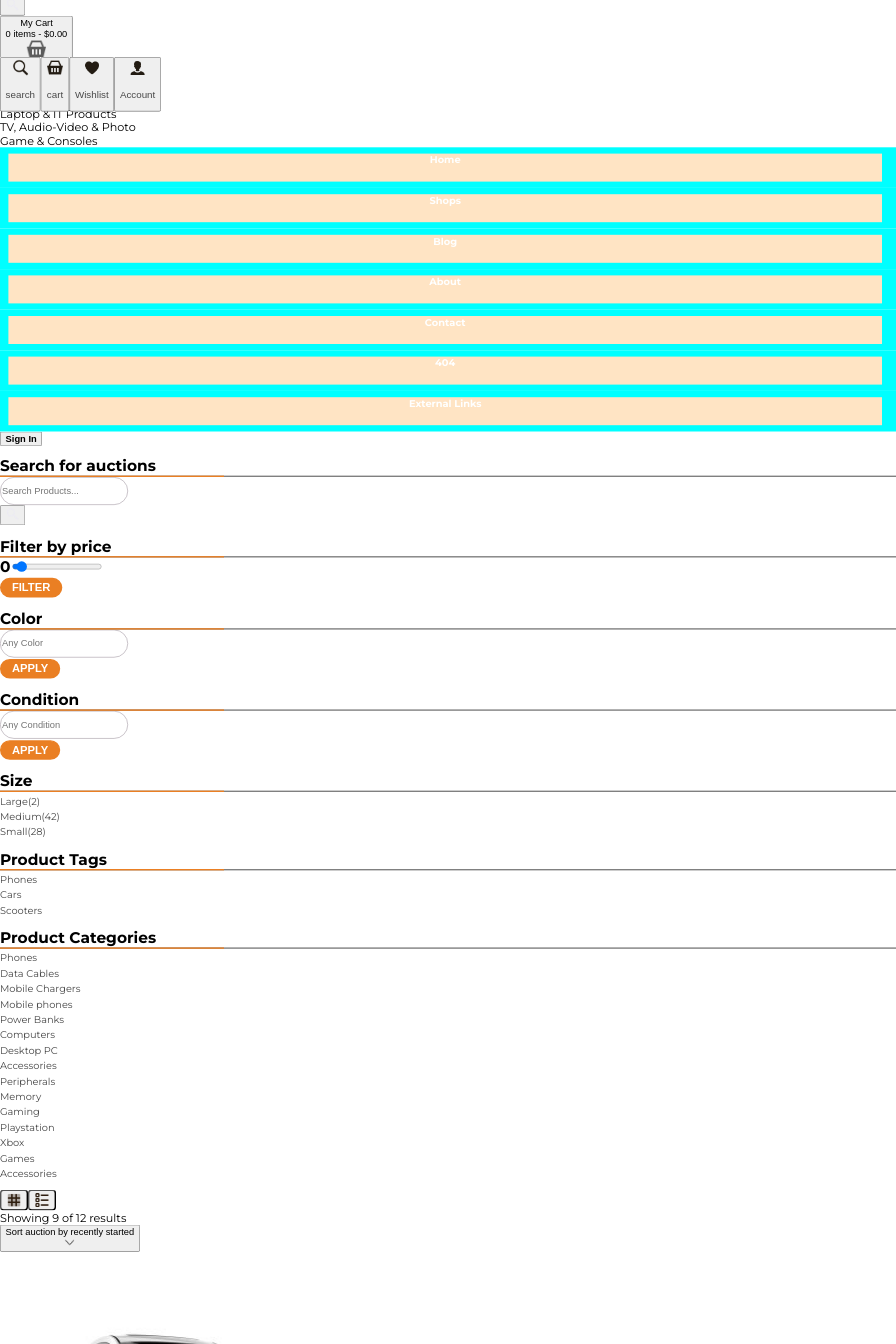
Repository: Arzun000/auction
Page: /shop
The author's editor kept a copy of each file at every save. The page is drawn from the files as they stood at one save, then again after the next save.
The browser window is 1280 px wide. The pictures show the part of the page from y = 568 to 2488 px (the page is 6142 px tall before and 6072 px after), at 70% of full size.
The project was rebuilt for these pictures with package versions that can differ from the ones it lists, and the page was loaded fresh each time. The framework's server and built-in components were replaced by stand-ins that run in the browser. Also part of the build but not shown: next.config.js, webpack.config.js, components/Testpage.js, pages/shop/Shop.module.css, components/icons/Iconsverticalbid.js, components/icons/Iconsverticalbuy.js.

Above is the page before, as saved 2022-04-03 15:49:22.

### pages/_app.js
import "../styles/globals.css";
import "tailwindcss/tailwind.css";
import "slick-carousel/slick/slick.css";
import "slick-carousel/slick/slick-theme.css";

function MyApp({ Component, pageProps }) {
  return <Component {...pageProps} />;
}

export default MyApp;

### pages/_document.js
import Document, { Html, Head, Main, NextScript } from "next/document";

class MyDocument extends Document {
  render() {
    return (
      <Html>
        <Head>
          <link
            rel="preload"
            href="/fonts/static/Montserrat-Regular.ttf"
            as="style"
            type="text/css"
            crossOrigin="anonymous"
          />

          {/* <link
            rel="stylesheet"
            href="https://unpkg.com/flowbite@1.3.4/dist/flowbite.min.css"
          /> */}
        </Head>

        <body>
          <Main />
          <NextScript />
          {/* {<script src="../path/to/flowbite/dist/flowbite.js"></script>} */}
        </body>
      </Html>
    );
  }
}

export default MyDocument;

### styles/globals.css
html,
body {
  padding: 0;
  margin: 0;
  font-family: MontserratBold, -apple-system, BlinkMacSystemFont, Segoe UI,
    MontserratBlack, Roboto, Oxygen, Ubuntu, Cantarell, Fira Sans, Droid Sans,
    Helvetica Neue, sans-serif;
}
a {
  color: inherit;
  text-decoration: none;
}

* {
  box-sizing: border-box;
}

@font-face {
  font-family: "Montserrat";
  font-style: normal;

  src: url(/fonts/static/Montserrat-Regular.ttf) format("woff2");
}

@font-face {
  font-family: "MontserratBold";
  font-style: normal;
  src: url(/fonts/Montserrat-VariableFont_wght.ttf) format("woff2");
}

.input[type="text"] {
  border-radius: 42px;
  border: none;
}
.input[type="text"]:focus {
  border-radius: 42px;
}
.canvas-text {
  font-family: "Montserrat", sans-serif;
  font-family: "Playfair Display", serif;
  font-size: 55px;
  color: #242424;
}
.canvas-subtext {
  font-family: "Alice", serif;
  font-size: 30px;
}
/********************************************************************/
/*********************** Contact us form ****************************/
/********************************************************************/
.input-text[type="text"] {
  border: 1px solid rgb(179, 171, 179);
  /* box-shadow: rgba(100, 100, 111, 0.2) 0px 7px 29px 0px; */
  border-radius: 42px;
  color: rgb(49, 10, 10);
  height: 40px;
}
.input-text:focus {
  outline: none !important;
}
.textarea {
  border-bottom: 1px solid rgb(207, 200, 207);
  width: 100%;
  padding: 20px;
  font-size: 14px;
  /* box-shadow: rgba(100, 100, 111, 0.2) 0px 7px 29px 0px; */
  color: #484848;
  height: 120px;
  /*text-sm text-gray-900 bg-gray-50 rounded-lg border border-gray-300 focus:ring-blue-500 focus:border-blue-500 dark:bg-gray-700 dark:border-gray-600 dark:placeholder-gray-400 dark:text-white dark:focus:ring-blue-500 dark:focus:border-blue-500 */
}
.textarea:focus {
  outline: none;
  border-bottom: 1px solid #ea7f23;
}
/*******************************************************/
/**************** Header links style********************/
/*******************************************************/
.navlink-cat {
  font-size: 14px;
  color: #787878;
  font-weight: 700;
  font-family: MontserratBold, sans-serif;
}
.navlinks {
  font-size: 14px;
  color: rgb(255, 255, 255);
  font-family: MontserratBold, sans-serif;
}

/*******************************************************/
/**************** footer mobile style*******************/
/*******************************************************/
.small-footer {
  position: fixed;
  display: flex;
  flex-wrap: wrap;
  background-color: white;
  width: 100%;
  bottom: 0;
  height: 70px;
}
.small-footer-text {
  color: #484848;
  font-size: 14px;
}
/*******************************************************/
/**************all view... buttons on body**************/
/*******************************************************/
.viewButton {
  padding: 8px 25px 8px 25px;
  margin-right: 8px;
  margin-bottom: 8px;
  color: rgb(255, 255, 255);
  border-radius: 30px;
  border-width: 1px;
  border-color: white;
  font-weight: 600;
  font-size: 14px;
  font-family: MontserratBold, sans-serif;
}
.viewButton:hover {
  border-color: white;
  color: #ea7f23;
  background-color: white;
  font-weight: 600;
}

.btn-yellowbg {
  padding: 3px 15px;
  background-color: #ea7f23;
  color: white;
  border-radius: 32px;
  font-size: 16px;
  font-weight: bold;
  border: 2px solid #ea7f23;
}
.btn-yellowbg:hover {
  background-color: white;
  color: #ea7f23;
  font-weight: bold;
}

/*******************************************************/
/**********hammer, heart and seach icon styles**********/
/*******************************************************/

.hammerbutton {
  margin: auto;
  padding: 6px;
  background-color: #ea7f23;
  border-radius: 42px;
}
.basketbutton {
  margin: auto;
  padding: 6px;
  background-color: #ea7f23;
  border-radius: 42px;
}
.iconbutton {
  margin-top: 10px;
  padding: 6px;
  background-color: white;
  border-radius: 42px;
}
.iconbutton:hover {
  margin-top: 10px;
  padding: 6px;
  background-color: #ea7f23;

  border-radius: 42px;
}
/*******************************************************/
/**************Aution item list styles******************/
/*******************************************************/
.cardtext {
  font-size: 18px;
  color: #484848;
  line-height: 24px;
  transition: ease-in-out;
  font-family: MontserratBold, sans-serif;
}
.cardtext subtext {
  font-size: 16px;
  color: #484848;
  line-height: 25px;
  transition: ease-in-out;
}

.text-secttl {
  font-size: 34px;
  color: #212529;
  line-height: 24px;
  font-family: MontserratBold, sans-serif;
  font-weight: 700;
}

.auctionItemTextMain {
  font-size: 18px;
  color: #484848;
  line-height: 24px;
  transition: ease-in-out;
  font-family: MontserratBold, sans-serif;
}
.auctionItemTextSub {
  font-size: 18px;
  color: #484848;
  line-height: 24px;
  transition: ease-in-out;
  font-family: MontserratBold, sans-serif;
}

/********************************************************************/
/************styles for five items on auction lists******************/
/********************************************************************/
.auctionItemMajor {
  background-position: center;
  background-repeat: no-repeat;
  background-size: cover;
  height: 380px;
  width: 100%;
}
.image-caption-major .image-caption-one {
  font-size: 27px;
  color: #ffffff;
  line-height: 24px;
  padding-top: 5px;
  font-family: MontserratBold, sans-serif;
  font-weight: 600;
}
.image-caption-major .image-caption-two {
  font-size: 16px;
  color: #ffffff;
  padding-top: 10px;
  padding-bottom: 10px;
  line-height: 24px;
  font-family: MontserratBold, sans-serif;
}

.image-caption-minor {
  font-size: 18px;
  color: #250808;
  line-height: 24px;
  padding-top: 5px;
  font-family: MontserratBold, sans-serif;
}
.image-caption-minor subtext {
  font-size: 16px;
  color: #484848;
  line-height: 24px;
  padding-top: 5px;
  font-family: MontserratBold, sans-serif;
}

/**************************************************************/
/*****************styles for news section**********************/
/**************************************************************/
.news-title {
  font-size: 18px;
  font-weight: 600;
  color: #250808;
  padding-left: 20px;
  line-height: 24px;
  font-family: MontserratBold, sans-serif;
}
.news-subtitle {
  font-size: 14px;
  font-weight: 400;
  color: #250808;
  padding-left: 20px;
  line-height: 24px;
  font-family: MontserratBold, sans-serif;
}

/**************************************************************/
/**************** styles for footer items/*********************/
/**************************************************************/
.footertxt {
  color: #ffffff;
  margin-left: 30px;
  font-size: 20px;
  padding-top: 5px;
  font-weight: 600;
  font-family: MontserratBold, sans-serif;
}
.footer-contact {
  margin-left: 10px;
  padding-left: 10px;
  padding-top: 5px;
  font-size: 16px;
  color: #484848;
}
.footer-link-title {
  padding-bottom: 20px;
  font-size: 18px;
  color: #250808;
  font-weight: 700;
  line-height: 24px;
  padding-top: 5px;
  font-family: MontserratBold, sans-serif;
}
.footer-links {
  font-size: 14px;
  color: #857474;
  font-weight: 400;
  line-height: 30px;
  padding-top: 15px;
  font-family: MontserratBold, sans-serif;
}
.socials .iconbutton {
  margin-top: 10px;
  padding: 6px;
  background-color: white;
  border-radius: 42px;
}

/****************************************************************************/
/****************************************************************************/
/***************************Shop page styles*********************************/
/****************************************************************************/

.shop-text {
  font-size: 15px;
  color: #726f6f;
  font-weight: 400;
  line-height: 30px;
  padding-top: 25px;
  font-family: MontserratBold, sans-serif;
}
.shop-text-main {
  font-size: 35px;
  color: #000000;
  line-height: 24px;
  padding-top: 25px;
  margin-left: 10px;
  font-family: MontserratBold, sans-serif;
  font-weight: 600;
}

/******************two colored underline*************************************/
.line {
  background: gray;
  position: relative;
  height: 2px;
}
.line:before {
  content: "";
  background: #ea7f23;
  width: 25%;
  height: 2px;
  position: absolute;
}

/****************************************************************************/
/***********************shop Left nav bar styles******************************/
/****************************************************************************/

.left-nav-title {
  font-size: 22px;
  color: #000000;
  margin-bottom: 12px;
  margin-top: 10px;
  padding-top: 5px;
  font-weight: 700;
}
.left-nav-text {
  font-size: 22px;
  color: #000000;
  margin-bottom: 12px;
  padding-top: 5px;
  font-weight: 700;
}
.shop-navlinks {
  font-size: 14px;
  padding-top: 4px;
  color: #484848;
  font-weight: 400;
}

/****************************************************************/
/******************** grid/list icons****************************/
/****************************************************************/
.view-icon {
  margin-top: 2px;
  border-radius: 5px;
  height: 30px;
}
.view-icon:focus {
  background-color: #ea7f23;
}
/****************************************************************************/
/***********************blog Left nav bar styles******************************/
/****************************************************************************/
.blog-title {
  font-size: 24px;
  color: #484848;
  margin-left: 30px;
  margin-bottom: 14px;
  margin-top: 10px;
  padding-top: 5px;
  font-weight: 700;
}

.right-nav-title {
  font-size: 22px;
  color: #000000;
  margin-bottom: 12px;
  margin-top: 10px;
  padding-top: 5px;
  font-weight: 700;
}
.right-nav-text {
  font-size: 22px;
  color: #000000;
  margin-bottom: 12px;
  padding-top: 5px;
  font-weight: 700;
}
.blog-navlinks {
  font-size: 14px;
  padding-top: 4px;
  color: #484848;
  font-weight: 400;
}

.blog-detail-icon {
  margin-right: 2px;
  border-radius: 2px;
  height: 32px;
  width: 32px;
}
.blog-preview {
  margin-left: 30px;
  color: #484848;
  font-size: 16px;
}
.blog-read-btn {
  padding: 3px 15px;
  margin: 30px 30px 30px 30px;

  background-color: #ea7f23;
  color: white;
  border-radius: 32px;
  font-size: 16px;
  font-weight: bold;
  border: 2px solid #ea7f23;
}
.blog-read-btn:hover {
  background-color: white;
  color: #ea7f23;
  font-weight: bold;
}

.page-no {
  height: 48px;
  width: 48px;
  font-size: 18px;
  font-weight: 600;
  color: rgb(34, 4, 4);
  margin-left: 20px;
  text-align: center;
  margin: 40px auto 20px 20px;
  padding-top: 12px;
  border-radius: 32px;
  background-color: #ffffff;
  box-shadow: rgba(100, 100, 111, 0.2) 0px 7px 29px 0px;
}
.page-no:hover {
  background-color: #ea7f23;
  color: rgb(255, 255, 255);
}

/****************************************************************************/
/************************item detail page styles*****************************/
/****************************************************************************/

.pro-cost-title .image-caption-one {
  font-size: 27px;
  color: #000000;
  line-height: 24px;
  padding-top: 5px;
  font-weight: 600;
}
.itemdetail-tabs {
  font-size: 12px;
  font-weight: 700;
  padding: 20px 12px;
  box-shadow: 0 10px 15px -3px rgb(0 0 0 / 0.1), 0 4px 6px -4px rgb(0 0 0 / 0.1);
  border-radius: 4px;
  display: block;
  line-height: 6px;
}
.tab-icon {
  margin-top: 10px;
  padding: 2px;

  border-radius: 42px;
  height: 24px;
  width: 24px;
}
/****************************************************************************/
/************************Hamburger css styles********************************/
/****************************************************************************/
.bm-burger-button {
  position: relative;
  padding: 3px 10px;
  width: 36px;
  height: 30px;
}

/* Color/shape of burger icon bars */
.bm-burger-bars {
  background: #f1f1f1;
}

/* Color/shape of burger icon bars on hover*/
.bm-burger-bars-hover {
  background: #a90000;
}

/* Position and sizing of clickable cross button */
.bm-cross-button {
  height: 24px;
  width: 24px;
}

/* Color/shape of close button cross */
.bm-cross {
  background: #bdc3c7;
}

/*
Sidebar wrapper styles
Note: Beware of modifying this element as it can break the animations - you should not need to touch it in most cases
*/
.bm-menu-wrap {
  position: fixed;
  height: 100%;
}

/* General sidebar styles */
.bm-menu {
  background: #ffffff;
  padding: 2.5em 1.5em 0;
  font-size: 1.15em;
}

/* Morph shape necessary with bubble or elastic */
/* .bm-morph-shape {
  fill: #373a47;
} */

/* Wrapper for item list */
.bm-item-list {
  color: #474744;
  /* padding: 5px 2px 10px 1px; */
}

/* Individual item */
.bm-item {
  display: fixed;
  background-color: #ffffff;
  color: #484848;
  border: 1px solid rgb(243 244 246);
  border-radius: 4px;
  margin-bottom: 10px;
  text-align: center;
  text-decoration: none;
  transition: color 0.2s;
}
/* .bm-item:hover {
  color: #ffffff;
  background-color: #ea7f23;
} */
/* Styling of overlay */
.bm-overlay {
  background: rgba(0, 0, 0, 0.3);
}

/****************************************************************************/
/*************************Snake Border styles********************************/
/****************************************************************************/

@keyframes snake-border-head {
  /*
  The snake's "head" stretches across a side of its container.
  The moment this head hits a corner, it instantly begins to
  stretch across the next side. (This is why some keyframe
  moments are repeated, to create these instantaneous jumps)
  */

  90% {
    left: 0;
    top: 0;
    width: 0;
    height: 40%;
  }
  90% {
    left: 0;
    top: 0;
    width: 0;
    height: 0;
  }
  100% {
    left: 0;
    top: 0;
    width: 40%;
    height: 0;
  }
  0% {
    left: 0;
    top: 0;
    width: 40%;
    height: 0;
  }

  15% {
    left: 60%;
    top: 0;
    width: 40%;
    height: 0;
  }
  15% {
    left: 100%;
    top: 0;
    width: 0;
    height: 0;
  }
  25% {
    left: 100%;
    top: 0;
    width: 0;
    height: 40%;
  }

  40% {
    left: 100%;
    top: 60%;
    width: 0;
    height: 40%;
  }
  40% {
    left: 100%;
    top: 100%;
    width: 0;
    height: 0;
  }
  50% {
    left: 60%;
    top: 100%;
    width: 40%;
    height: 0;
  }

  65% {
    left: 0;
    top: 100%;
    width: 40%;
    height: 0;
  }
  65% {
    left: 0;
    top: 100%;
    width: 0;
    height: 0;
  }
  75% {
    left: 0;
    top: 60%;
    width: 0;
    height: 40%;
  }
}
@keyframes snake-border-tail {
  /*
  The "tail" of the snake is at full length when the head is at 0
  length, and vice versa. The tail always at a 90 degree angle
  from the head.
  */

  90% {
    top: 0%;
    height: 40%;
  }
  100% {
    left: 0;
    top: 0;
    width: 0;
    height: 0;
  }
  0% {
    left: 0;
    top: 0;
    width: 0;
    height: 0;
  }

  15% {
    width: 40%;
  }
  25% {
    left: 100%;
    top: 0;
    width: 0;
    height: 0;
  }

  40% {
    height: 40%;
  }
  50% {
    left: 100%;
    top: 100%;
    width: 0;
    height: 0;
  }

  65% {
    left: 0%;
    width: 40%;
  }
  75% {
    left: 0;
    top: 100%;
    width: 0;
    height: 0;
  }
}

.snake-border:hover {
  box-shadow: inset 0 0 0 1px #ffffff;
}
.snake-border:hover {
  visibility: visible;
}
.snake-border::before,
.snake-border::after {
  content: "";
  display: block;
  position: absolute;
  outline: 2px solid #ca88ff;
  animation-duration: 6s;
  animation-timing-function: linear;
  animation-iteration-count: infinite;
}
.snake-border::before {
  animation-name: snake-border-head;
}
.snake-border::after {
  animation-name: snake-border-tail;
}

.card {
  overflow: hidden;
  height: 300px;
  /* overflow-hidden h-[300px] */
}

### components/header/Header.js
import React from "react";
import { Headerone } from "./Headerone";
import { Headertwo } from "./Headertwo";
import { Headerthree } from "./Headerthree";
import { Testpage } from "../Testpage.js";

// export default function index() {
//   return (
//     <div>
//       <Headerone />
//       <Headertwo />
//       <Headerthree />
//     </div>
//   );
// }
// import React from 'react'

export const Header = () => {
  return (
    <div>
      {" "}
      {/* <Testpage /> */}
      <Headerone />
      <Headertwo />
      <Headerthree />
    </div>
  );
};

### components/shop/Shopcontent.js
import React from "react";
import Link from "next/link";
import Image from "next/image";
import Styles from "./Shopcontent.module.css";
import { Iconsverticalbid } from "../icons/Iconsverticalbid";
import { Iconsverticalbuy } from "../icons/Iconsverticalbuy";
import { Shopleftnav } from "./Shopleftnav";

const Shopcontent = (props) => {
  const imurl = props.imgurl;
  console.log("hello");
  return (
    <div>
      <div className="flex flex-wrap">
        <Link href={props.href}>
          {/* page/item-detail/[itemid.js] ma lanxa */}
          <a>
            <div className=" overflow-hidden w-full h-[300px]">
              <div
                className={Styles.articleimgholder}
                style={{
                  backgroundRepeat: "no-repeat",
                  backgroundSize: "cover",
                }}
              >
                <Image src={props.imgurl} width={550} height={550} />
              </div>
            </div>
          </a>
        </Link>
      </div>
      {/* <div className="bg-white w-full absolute ">
        <Iconsverticalbuy />
        <div className="cardtext shadow-xl absolute text-center  pt-[10px]">
          <a href="#" className="no-underline">
            <b>{props.name}</b>
          </a>
          <subtext>
            <p>
              Price: <b>{props.price}</b>
            </p>
          </subtext>
        </div>
      </div> */}
      <div className="cardtext bg-white text-center shadow-box-sh p-[10px]">
        <a href="#" className="no-underline">
          <b>{props.name}</b>
        </a>
        <subtext>
          <p>
            Current Bid: <b>{props.price}</b>
          </p>
        </subtext>
      </div>
    </div>
  );
};
export default Shopcontent;

### components/shop/Shopcontent.module.css
.articleimgholder {
  height: 300px;
  /* background: url(/images/car6.jpg); */
  /* background-position: center; */
  overflow: hidden;
  background-repeat: no-repeat;
  transition: all 1s;
}

.articleimgholder:hover {
  transform: scale(1.2);
}

/* .articleimgholder2 {
  width: 100%;
  height: 100%;
  background: url(/images/car2.jpg);
  background-position: center;
  background-size: cover;
  background-repeat: no-repeat;
  transition: all 1s;
}

.articleimgholder2:hover {
  transform: scale(1.2);
}
.articleimgholder3 {
  width: 100%;
  height: 100%;
  background: url(/images/car3.jpg);
  background-position: center;
  background-size: cover;
  background-repeat: no-repeat;
  transition: all 1s;
}

.articleimgholder3:hover {
  transform: scale(1.2);
}
.articleimgholder4 {
  width: 100%;
  height: 100%;
  background: url(/images/car4.jpg);
  background-position: center;
  background-size: cover;
  background-repeat: no-repeat;
  transition: all 1s;
}

.articleimgholder4:hover {
  transform: scale(1.2);
}
.articleimgholder4 {
  width: 100%;
  height: 100%;
  background: url(/images/car4.jpg);
  background-position: center;
  background-size: cover;
  background-repeat: no-repeat;
  transition: all 1s;
}

.articleimgholder4:hover {
  transform: scale(1.2);
}
.articleimgholder5 {
  width: 100%;
  height: 100%;
  background: url(/images/car5.jpeg);
  background-position: center;
  background-size: cover;
  background-repeat: no-repeat;
  transition: all 1s;
}

.articleimgholder5:hover {
  transform: scale(1.2);
}
.articleimgholder6 {
  width: 100%;
  height: 100%;
  background: url(/images/car6.jpg);
  background-position: center;
  background-size: cover;
  background-repeat: no-repeat;
  transition: all 1s;
}

.articleimgholder6:hover {
  transform: scale(1.2);
}
.articleimgholder7 {
  width: 100%;
  height: 100%;
  background: url(/images/car7.jpg);
  background-position: center;
  background-size: cover;
  background-repeat: no-repeat;
  transition: all 1s;
}

.articleimgholder7:hover {
  transform: scale(1.2);
}
.articleimgholder8 {
  width: 100%;
  height: 100%;
  background: url(/images/car8.jpg);
  background-position: center;
  background-size: cover;
  background-repeat: no-repeat;
  transition: all 1s;
}

.articleimgholder8:hover {
  transform: scale(1.2);
}
.articleimgholder9 {
  width: 100%;
  height: 100%;
  background: url(/images/car9.jpg);
  background-position: center;
  background-size: cover;
  background-repeat: no-repeat;
  transition: all 1s;
}

.articleimgholder9:hover {
  transform: scale(1.2);
} */

### components/header/Headerthree.module.css
.card {
  position: relative;
  display: block;
  margin: 4px 15px 4px 2px;
  text-align: center;
  font-size: 14px;
  font: white;
  width: auto;
}

.cardflip {
  position: absolute;
  background-color: blue;
  display: block;
  margin-top: 50px;
  margin-left: 10px;
  visibility: hidden;
  transition: transform 0.35s;
  transform-origin: left;
  z-index: 0;
  width: auto;
  height: 120px;
}

.card {
  z-index: 0;
  background-color: bisque;
  height: 40px;
}

.container {
  perspective: 800px;
  color: white;
  padding: 5px 5px 5px 10px;
  background-color: aqua;
}

.container:hover .cardflip {
  transform: translateY(-42px);
  height: auto;
  visibility: visible;
  z-index: 10;
}

Loaded but not shown: data/shopitem.json (65 lines, source omitted); components/header/Headerthree.js (345 lines, source omitted); components/footer/Footer.js (267 lines, source omitted); components/shop/Shopleftnav.js (222 lines, source omitted); components/header/Headerone.js (168 lines, source omitted); pages/shop/index.js (86 lines, source omitted); components/header/Headertwo.js (78 lines, source omitted)

After the next save:
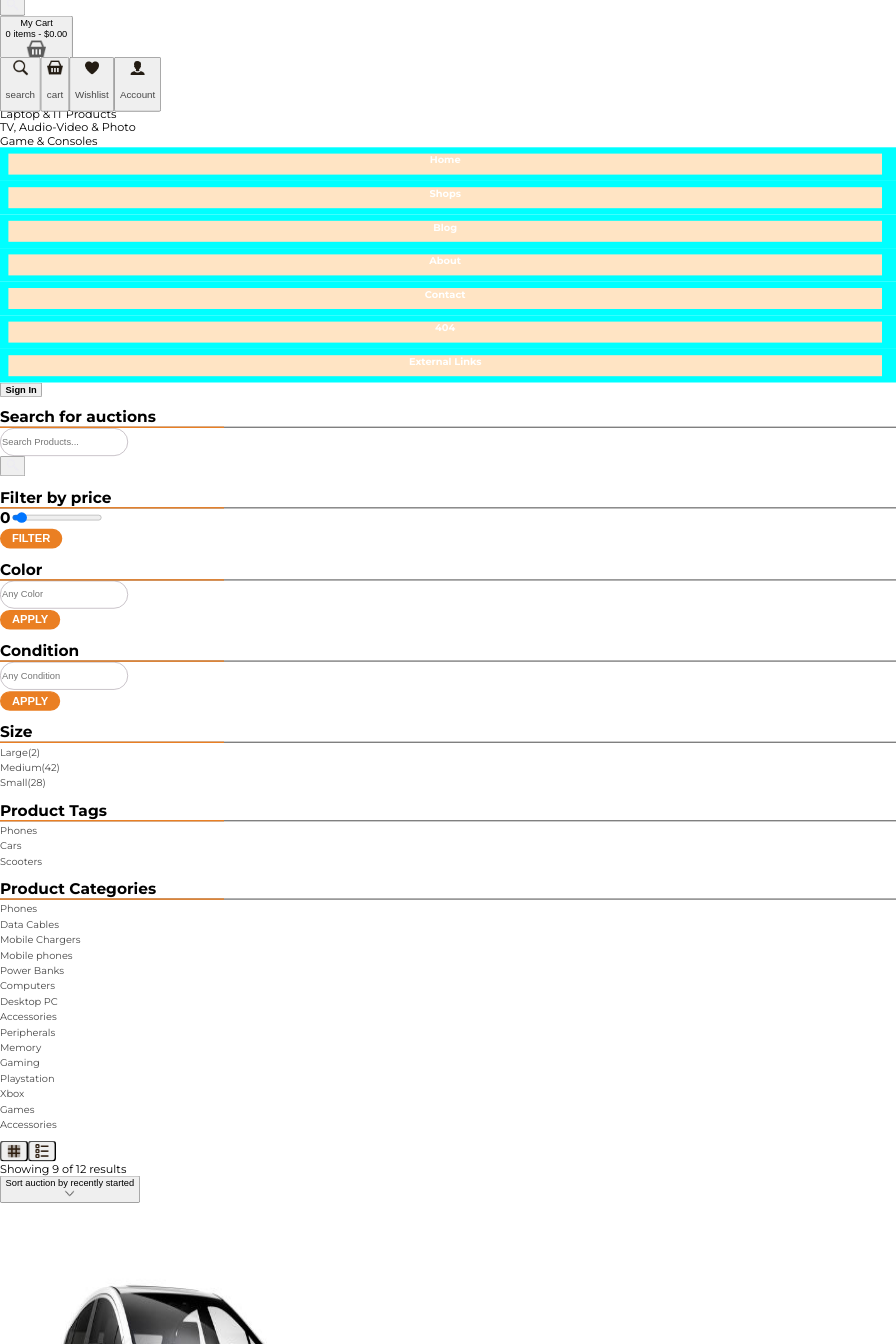
Saved 11 s later.
--- a/components/header/Headerthree.module.css
+++ b/components/header/Headerthree.module.css
@@ -25,7 +25,7 @@
 .card {
   z-index: 0;
   background-color: bisque;
-  height: 40px;
+  height: 30px;
 }
 
 .container {
